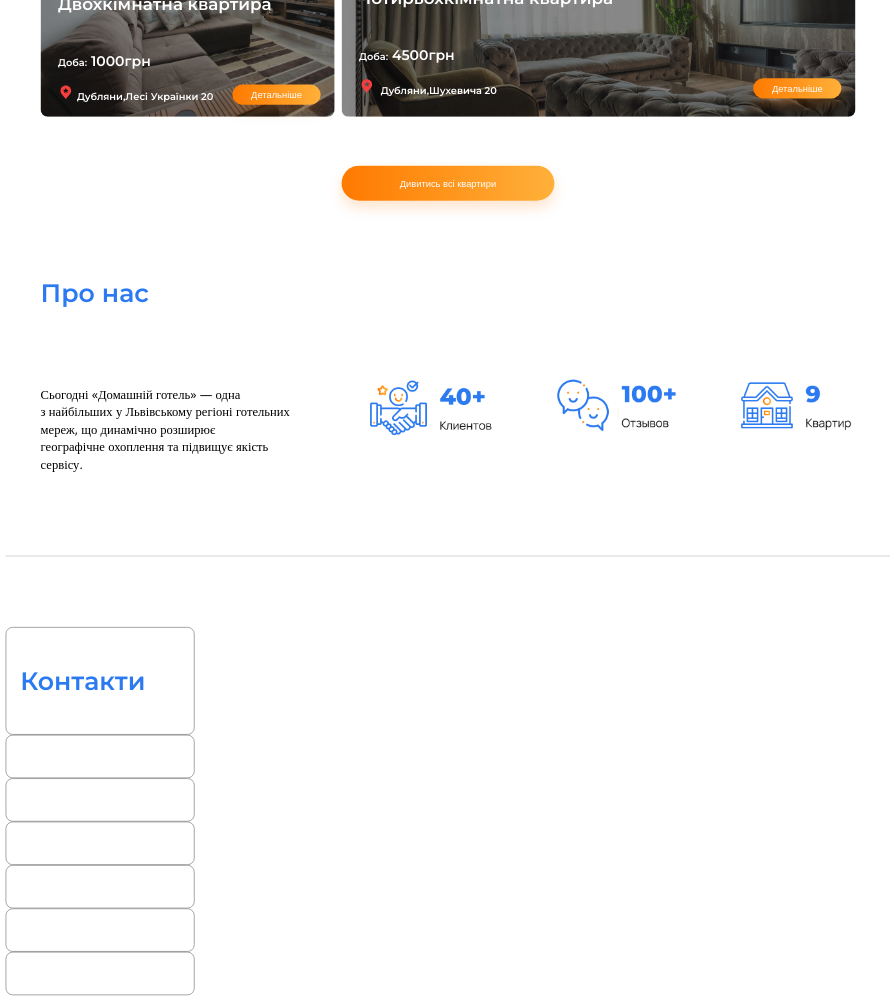
Repository: batonAnton/HW-7-grid
Page: index.html
An editor plug-in stored every save of this project. The page is shown before and after the next save, followed by the edit.
The browser window is 1280 px wide. The pictures show the part of the page from y = 1614 to 3534 px (the page is 3044 px tall before and 3534 px after), at 70% of full size.

Above is the page before, as saved 2022-06-29 17:30:36.

### index.html
<!DOCTYPE html>
<html lang="en">
<head>
    <meta charset="UTF-8">
    <meta http-equiv="X-UA-Compatible" content="IE=edge">
    <meta name="viewport" content="width=device-width, initial-scale=1.0">
    <link rel="preconnect" href="https://fonts.googleapis.com">
    <link rel="preconnect" href="https://fonts.gstatic.com" crossorigin>
    <link href="https://fonts.googleapis.com/css2?family=Montserrat:wght@600&display=swap" rel="stylesheet">
    <link rel="preconnect" href="https://fonts.googleapis.com">
    <link rel="preconnect" href="https://fonts.gstatic.com" crossorigin>
    <link href="https://fonts.googleapis.com/css2?family=Open+Sans&display=swap" rel="stylesheet">
    <link rel="stylesheet" href="./css/styles2.css">
    <title>Grid</title>
</head>

        <div  class="wrapper allstyles">
            <header>
                <img src="./images/logo.png" alt="logo">
                <a href="" class="menu">Головна</a>
                <a href="" class="menu">Квартири</a>
                <a href="" class="menu">Контакти</a>
                <a href="" class="menu">Про нас</a>

                <div class="item mail">
                    <img src="./images/email.png" alt="email">
                    <p>@gmail.com</p>
                </div>
                <div class="item phone">
                    <img src="./images/phone.png" alt="phone">
                    <p>38 (097) 391 97 32</p>
                </div>
                <div class="item btn">
                        <button>Замовити Дзвінок </button>
                </div>
            </header>
            </div>





            <div class=" wrapper2  allstyles">
                <div class="info">
                    <h1>Оренда Квартир <br> в Березниках</h1>
                    <p>На довгий термін <br> або подобово</p>
                    <button class="btn">Дивитись варіанти</button>
                </div>
                <div class="blueblock"></div>

                <div class="banner">

                </div>
            </div>
        </div>


    <div class="wrapper3 allstyles">
         <div class=" block block1">
             <img src="./images/header 1.1.png" alt="img">
             <p>
                Укладаємо договори, <br> надаємо звітні документи
             </p>
         </div>
         <div class="block block2">
            <img src="./images/header 1.2.png" alt="img">
            <p>
                Готівковий та <br>
                Безготівковий розрахунок
            </p>
         </div>
         <div class="block block3">
            <img src="./images/header 1.3.png" alt="img">
            <p>
                Бронювання та заселення <br> цілодобово
            </p>

         </div>
         <div class="block block4">
            <img src="./images/header 1.4.png" alt="img">
            <p>
                Повна <br> конфіденційність
            </p>
         </div>
    </div>

    <div class="wrapper4 allstyles">
        <h1 class="wrapper4-h1">Наші квартири</h1>

        <div class="img1-1">
            <h1>Однокімнатна квартира</h1>
            <p class="price"> <span class="p-price">Доба:</span> 500грн</p>
            <p class="p-price location"> <img src="./images/wrapper4/Location_Icon.svg" alt="loc icon">Дубляни,Шевченка 20</p>
            <button class="btn">Детальніше</button>
        </div>
        <div class="img1-2">
            <h1>Трьохкімнатна квартира</h1>
            <p class="price"> <span class="p-price">Доба:</span>  1500грн</p>
            <p class="p-price location"> <img src="./images/wrapper4/Location_Icon.svg" alt="loc icon">Дубляни,Франка 20</p>
            <button class="btn">Детальніше</button>
        </div>
        <div class="img2-1">
            <button class="btn-new">Нова квартира</button>
            <h1>Двохкімнатна квартира</h1>
            <p class="price"> <span class="p-price">Доба:</span>  1000грн</p>
            <p class="p-price location"> <img src="./images/wrapper4/Location_Icon.svg" alt="loc icon">Дубляни,Лесі Українки 20</p>
            <button class="btn">Детальніше</button>
        </div>
        <div class="img2-2">
            <h1>Чотирьохкімнатна квартира</h1>
            <p class="price"> <span class="p-price">Доба:</span>  4500грн</p>
            <p class="p-price location"> <img src="./images/wrapper4/Location_Icon.svg" alt="loc icon"> Дубляни,Шухевича 20</p>
            <button class="btn">Детальніше</button>
        </div>
        <button class="btn-wr4">Дивитись всі квартири</button>
    </div>

    <div class="wrapper5 allstyles">
        <div class="block1">
            <h1 class="wrapper4-h1">Про нас</h1>
        </div>
        <div class="block2">
            <p>
                Сьогодні «Домашній готель» — одна <br> з найбільших у Львівському регіоні готельних <br> мереж, що динамічно розширює <br> географічне охоплення та підвищує якість <br> сервісу.
            </p>
        </div>
        <div class="block3">
            <img src="./images/wrapper5/rating.png" alt="img">
        </div>

    </div>

    <hr class="wr5">

    <div class="wrapper6">
        <div class="block">
            <h1 class="wrapper4-h1">Контакти</h1>
        </div>
        <div class="block">

        </div>
        <div class="block"></div>
        <div class="block"></div>
        <div class="block"></div>
        <div class="block"></div>
        <div class="block"></div>
    </div>









</body>
</html>

### css/styles2.css
* {
  box-sizing: border-box;
}

.allstyles {
  margin: 50px 50px;
}

header {
  display: grid;
  gap: 10px;
  grid-template-columns: repeat(8, 1fr);
  grid-template-rows: 1fr;
  z-index: 1;
}

.wrapper {
  display: flex;
  justify-content: space-between;
}

.menu {
  font-family: "Montserrat", sans-serif;
  font-style: normal;
  font-weight: 600;
  font-size: 16px;
  line-height: 20px;
  text-decoration: none;
  color: #111111;
  transition: all 1s;
}

.menu:hover {
  text-decoration: underline;
}

.phone,
.mail {
  font-family: "Montserrat", sans-serif;
  font-style: normal;
  font-weight: 600;
  font-size: 16px;
  line-height: 20px;
  text-decoration: none;
  color: #111111;
  transition: all 1s;
}

.menu,
.phone,
.mail,
.btn {
  justify-content: center;
  align-items: center;
  display: flex;
}

.phone,
.btn {
  width: 190px;
}

.btn button,
.wrapper4 .btn {
  padding: 15px 30px;
  color: #fff;
  background: linear-gradient(89.77deg, #ff7a00 0.2%, #ffb039 99.82%);
  box-shadow: 0px 10px 20px rgba(255, 122, 0, 0.2);
  border-radius: 25px;
  border: none;
}

.wrapper2 {
  display: grid;
  grid-template-columns: repeat(5, 1fr);
  grid-template-rows: repeat(5, 1fr);
  z-index: 0;
}

.wrapper2 .info {
  grid-column: 1/3;
  grid-row: 1/6;
}

.info h1 {
  font-family: "Montserrat";
  font-style: normal;
  font-weight: 800;
  font-size: 40px;
  line-height: 49px;
  display: flex;
  align-items: center;
  color: #111111;
}

.info p {
  font-family: "Open Sans";
  font-style: normal;
  font-weight: 400;
  font-size: 24px;
  line-height: 33px;
  color: #111111;
}
.wrapper2 .banner {
  grid-column: 3/6;
  grid-row: 1/6;
  background-image: url(../images/bigBanner.png);
  background-repeat: no-repeat;
  background-size: contain;
  /* height: 420px; */
  margin-right: -56px;
}

.wrapper2 .btn {
  margin-top: 60px;
  padding: 15px 30px;
  color: #fff;
  background: linear-gradient(89.77deg, #ff7a00 0.2%, #ffb039 99.82%);
  box-shadow: 0px 10px 20px rgba(255, 122, 0, 0.2);
  border-radius: 25px;
  border: none;
}

.blueblock {
  grid-column: 4/6;
  grid-row: 1/6;
  background: #2b7af1;
  border-radius: 0px 0px 0px 10px;
  margin-top: -155px;
  margin-right: -56px;

  width: 620px;
  height: 810px;
}

.wrapper3 {
  display: grid;
  grid-template-columns: repeat(4, 1fr);
  margin-top: -180px;
  z-index: 1;
}

.wrapper3 p {
  font-family: "Open Sans", sans-serif;
  font-style: normal;
  font-weight: 400;
  font-size: 16px;
  line-height: 22px;
  text-align: center;
  color: #111111;
}

.block {
  width: 270px;
  /* height: 170px; */
  padding: 30px 20px;
  background: #ffffff;
  border-radius: 10px;
  border: 1px solid gray;
}

.block img {
  width: 80px;
  height: 80px;
  margin-left: 70px;
}

.block1,
.block2,
.block3,
.block4 {
  /* display: flex; */
  justify-content: space-around;
}

.block1 {
  grid-column: 1/2;
}

.block2 {
  grid-column: 2/3;
}

.block3 {
  grid-column: 3/4;
}

.block4 {
  grid-column: 4/5;
}

.wrapper4 {
  display: grid;
  grid-template-columns: repeat(5, 1fr);
  grid-template-rows: repeat(6, 1fr);
  margin-top: 115px;
  gap: 10px;
}

.wrapper4-h1 {
  grid-column: 1/6;
  font-family: "Montserrat";
  font-style: normal;
  font-weight: 800;
  font-size: 36px;
  line-height: 44px;
  color: #2b7af1;
}

.img1-1 {
  grid-column: 1/4;
  grid-row: 2/4;
  /* width: 650px; */
  height: 300px;
  background: linear-gradient(rgba(17, 17, 17, 0.5), rgba(17, 17, 17, 0.5)),
    url(../images/wrapper4/Background\ 1.1.png);

  border-radius: 10px;
  border-top-right-radius: 20px;
}

.img1-2 {
  grid-column: 4/6;
  grid-row: 2/4;
  /* width: 450px; */
  height: 300px;
  background: linear-gradient(rgba(17, 17, 17, 0.5), rgba(17, 17, 17, 0.5)),
    url(../images/wrapper4/Background\ 1.2.png);
  border-radius: 10px;
}

.img2-1 {
  grid-column: 1/3;
  grid-row: 4/6;
  /* width: 450px; */
  height: 300px;
  background: linear-gradient(rgba(17, 17, 17, 0.5), rgba(17, 17, 17, 0.5)),
    url(../images/wrapper4/Background\ 2.1.png);
  border-radius: 10px;
}

.img2-2 {
  grid-column: 3/6;
  grid-row: 4/6;
  height: 300px;
  /* height: 310px; */
  background: linear-gradient(rgba(17, 17, 17, 0.5), rgba(17, 17, 17, 0.5)),
    url(../images/wrapper4/Background\ 2.2.png);
  border-radius: 10px;
  border-top-right-radius: 20px;
}

.btn-new {
  background: #5cb85c;
  border-radius: 20px;
  z-index: 1;
  margin: 20px 50px 30px 25px;
  padding: 7px 15px;
  width: 126px;
  border: none;
  font-family: "Montserrat";
  font-style: normal;
  font-weight: 600;
  font-size: 12px;
  line-height: 15px;
  color: #ffffff;
}

.wrapper4 .img1-1 h1 {
  padding: 100px 50px 30px 25px;
  font-family: "Montserrat";
  font-style: normal;
  font-weight: 800;
  font-size: 24px;
  line-height: 29px;
  color: #ffffff;
  /* filter: brightness(100%)!important; */
}

.wrapper4 .img1-2 h1 {
  padding: 100px 50px 30px 25px;
  font-family: "Montserrat";
  font-style: normal;
  font-weight: 800;
  font-size: 24px;
  line-height: 29px;
  color: #ffffff;
}

.wrapper4 .img2-1 h1 {
  padding: 30px 50px 30px 25px;
  font-family: "Montserrat";
  font-style: normal;
  font-weight: 800;
  font-size: 24px;
  line-height: 29px;
  color: #ffffff;
  filter: brightness(100%) !important;
  z-index: 0;
}

.wrapper4 .img2-2 h1 {
  padding: 100px 50px 30px 25px;

  font-family: "Montserrat";
  font-style: normal;
  font-weight: 800;
  font-size: 24px;
  line-height: 29px;
  color: #ffffff;
  filter: brightness(100%) !important;
}

.wrapper4 .p-price {
  font-family: "Montserrat";
  font-style: normal;
  font-weight: 400;
  font-size: 14px;
  line-height: 22px;
  color: #ffffff;
  display: inline;
}

.wrapper4 .price {
  font-family: "Montserrat";
  font-style: normal;
  font-weight: 800;
  font-size: 20px;
  line-height: 24px;
  color: #ffffff;
  margin-top: 25px;
  padding: 0px 45px 0px 25px;
}

.location {
  padding: 0px 15px 0px 25px;
}

.location img {
  margin-right: 5px;
}

.wrapper4 .btn {
  float: right;
  margin-right: 20px;
  padding: 7px 15px;
  width: 126px;
}

.wrapper4 .btn-wr4 {
  margin-top: 60px;
  grid-column: 3/4;
  width: 304px;
  height: 50px;
  background: linear-gradient(89.77deg, #ff7a00 0.2%, #ffb039 99.82%);
  border: none;
  box-shadow: 0px 10px 20px rgba(255, 122, 0, 0.2);
  border-radius: 25px;
  color: white;
}

/* wrapper5 */

.wrapper5 {
  display: grid;
  grid-template-columns: repeat(3, 1fr);
  grid-template-rows: repeat(2, 1fr);
}

.wrapper5 .block1 {
  grid-column: 1/4;
  grid-row: 1;
}

.wrapper5 .block2 {
  grid-column: 1/3;
  grid-row: 2;
}

.wrapper5 .block3 {
  grid-column: 2/4;
  grid-row: 2;
}

.wrapper5 img {
  width: 700px;
  margin-left: 70px;
}

.wrapper5 p {
  font-family: "Open Sans";
  font-style: normal;
  font-weight: 400;
  font-size: 18px;
  line-height: 25px;
}

.wr5{
  background: linear-gradient(89.77deg, #FF7A00 0.2%, #FFB039 99.82%);
border-radius: 1px;
height: 1px;
margin:100px 0;
width: 100%;
}

After the next save:
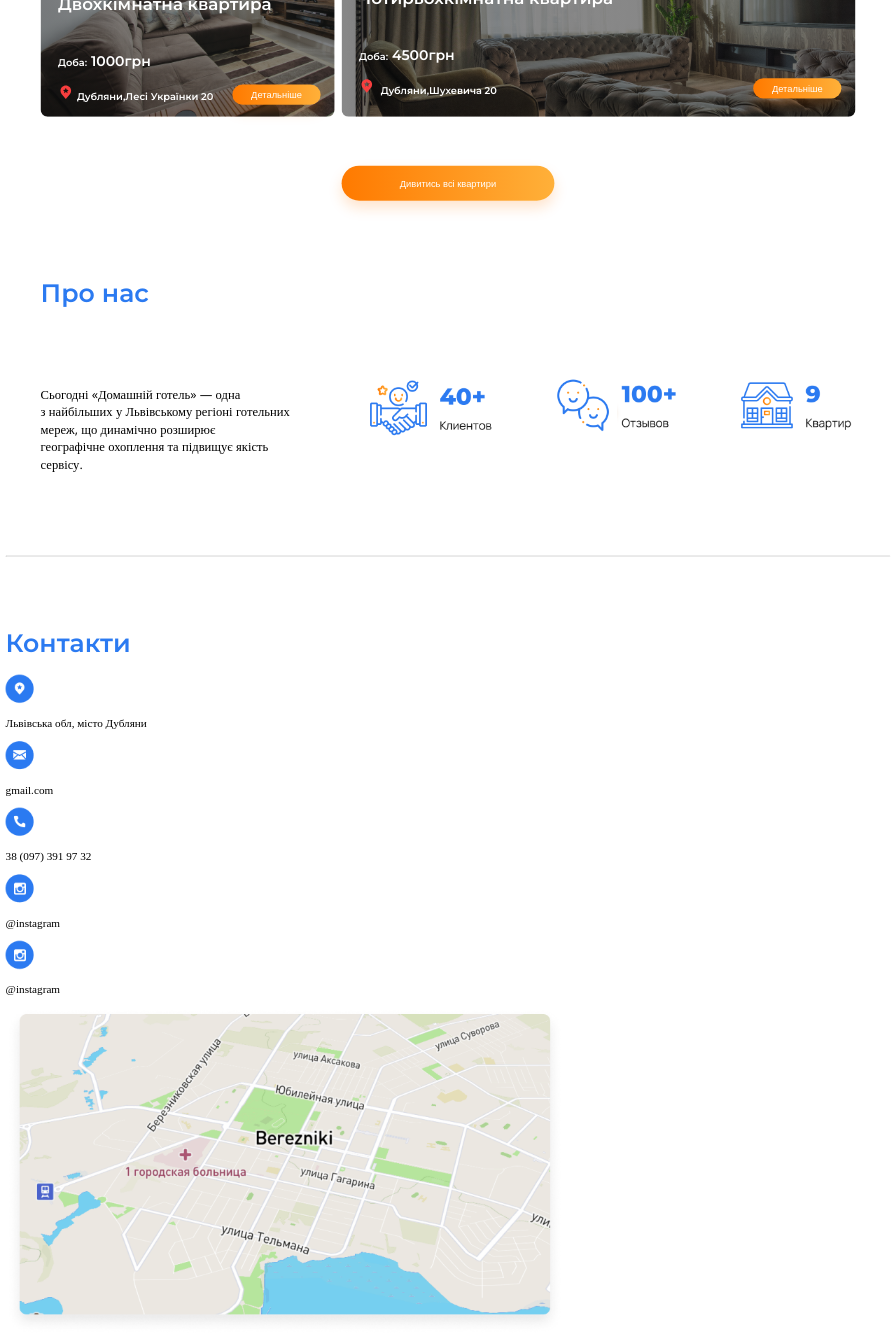
Saved 17 h 7 min later.
--- a/index.html
+++ b/index.html
@@ -133,17 +133,32 @@
     <hr class="wr5">
 
     <div class="wrapper6">
-        <div class="block">
+        <div class="block1">
             <h1 class="wrapper4-h1">Контакти</h1>
         </div>
-        <div class="block">
-
+        <div class="block2">
+            <img src="./images/wrapper6/location.png" alt="location">
+            <p>Львівська обл, місто Дубляни</p>
         </div>
-        <div class="block"></div>
-        <div class="block"></div>
-        <div class="block"></div>
-        <div class="block"></div>
-        <div class="block"></div>
+        <div class="block3">
+            <img src="./images/wrapper6/Mail.png" alt="mail">
+            <p>gmail.com</p>
+        </div>
+        <div class="block4">
+            <img src="./images/wrapper6/phone.png" alt="phone">
+            <p>38 (097) 391 97 32</p>
+        </div>
+        <div class="block5">
+            <img src="./images/wrapper6/instagramm.png" alt="insta">
+            <p>@instagram</p>
+        </div>
+        <div class="block6">
+            <img src="./images/wrapper6/instagramm.png" alt="insta">
+            <p>@instagram</p>
+        </div>
+        <div class="block7">
+            <img src="./images/wrapper6/Map.png" alt="map">
+        </div>
     </div>
 
 
